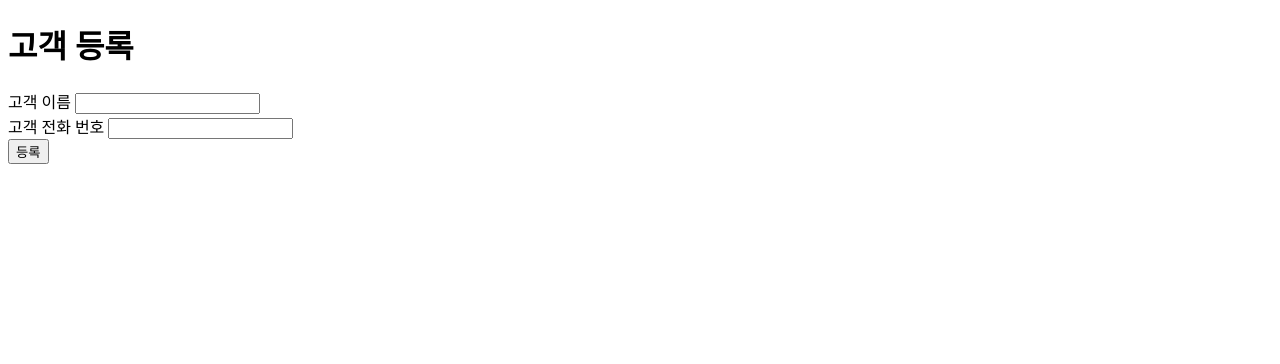
Repository: nojong99/kosta
Page: http://localhost/32_MVCModel2/view/addCustomer.jsp
These files come from the project's save history. The page is drawn as it stood at one moment and after the next save; the edit follows.
The browser window is 1280 px wide. The pictures show the whole page.
The page is served by Tomcat 9. Other server files are loaded and not shown.

Above is the page before, as saved 2026-09-18 03:12:22.

### 32_MVCModel2/src/main/webapp/view/addCustomer.jsp
<%@ page language="java" contentType="text/html; charset=UTF-8"
	pageEncoding="UTF-8"%>

<!DOCTYPE html>
<html>
<head>
<meta charset="UTF-8">
<title>로그인 페이지</title>
</head>
<body>
	<h1>고객 등록</h1>
	<form action="controller?cmd=addCustomerAction" method="post">
		고객 이름 <input name="name"> <br>
		고객 전화 번호 <input name="phoneNumber"> <br>
		<input type="submit" value="등록">

	</form>
</body>
</html>

### 32_MVCModel2/src/main/webapp/view/adminOK.jsp
<%@ page language="java" contentType="text/html; charset=UTF-8"
	pageEncoding="UTF-8"%>
<h1>관리자 전용</h1>

${loginName} 님 환영합니다.
<a href="controller?cmd=logoutAction">로그아웃</a>
<br>
<a href="controller?cmd=addCustomerUI">등록</a>
<br>
<a href="controller?cmd=customersUI">전체 리스트 조회</a>

After the next save:
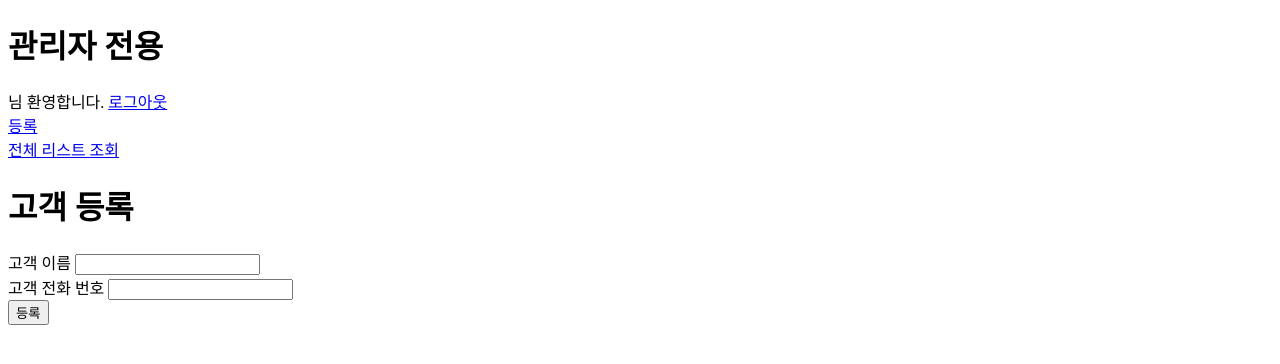
Saved 77 s later.
--- a/32_MVCModel2/src/main/webapp/view/addCustomer.jsp
+++ b/32_MVCModel2/src/main/webapp/view/addCustomer.jsp
@@ -8,6 +8,7 @@
 <title>로그인 페이지</title>
 </head>
 <body>
+	<%@ include file="adminOK.jsp" %>
 	<h1>고객 등록</h1>
 	<form action="controller?cmd=addCustomerAction" method="post">
 		고객 이름 <input name="name"> <br>

After the save that followed:
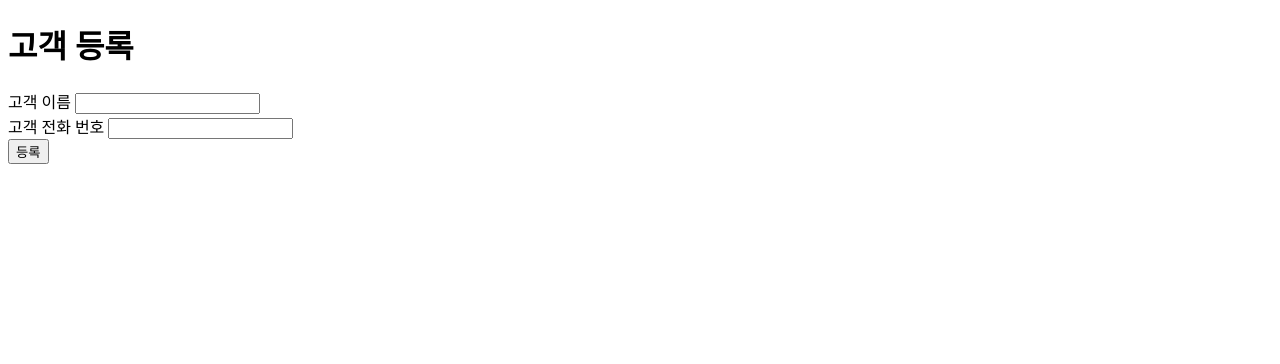
Saved 2 min 14 s later.
--- a/32_MVCModel2/src/main/webapp/view/addCustomer.jsp
+++ b/32_MVCModel2/src/main/webapp/view/addCustomer.jsp
@@ -8,7 +8,7 @@
 <title>로그인 페이지</title>
 </head>
 <body>
-	<%@ include file="adminOK.jsp" %>
+
 	<h1>고객 등록</h1>
 	<form action="controller?cmd=addCustomerAction" method="post">
 		고객 이름 <input name="name"> <br>
